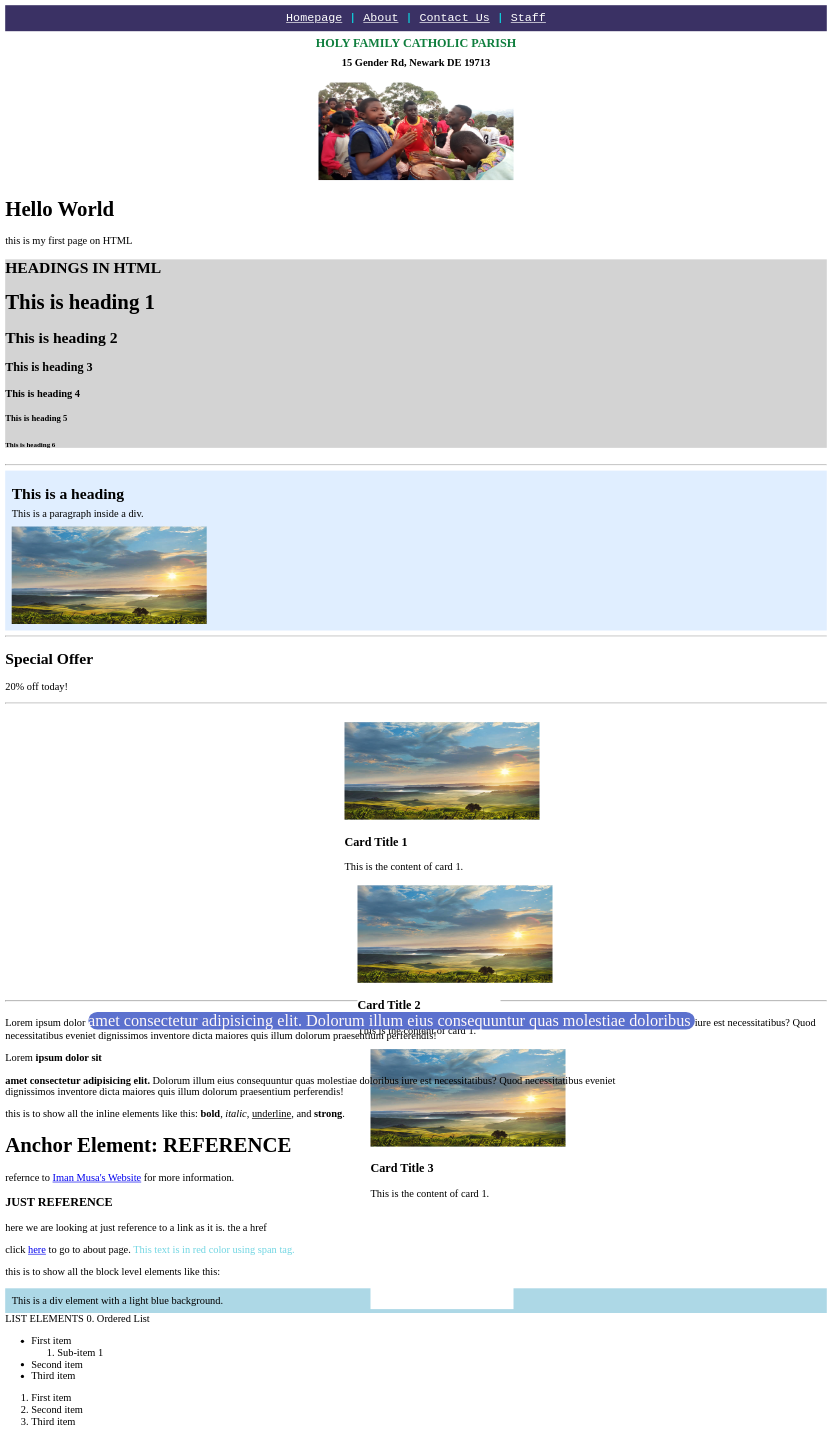
Repository: ficotims/HTML-RESTART
Page: Homepage.html
The author's editor kept a copy of each file at every save. The page is drawn from the files as they stood at one save, then again after the next save.
The browser window is 1280 px wide. The pictures show the whole page, at 65% of full size.

Above is the page before, as saved 2026-02-10 16:48:16.

### Homepage.html
<!doctype html>
<html lang="en">
  <head>
    <meta charset="UTF-8" />
    <meta name="viewport" content="width=device-width, initial-scale=1.0" />
    <title>HTML Crash course with Iman Musa</title>
    <link rel="stylesheet" href="Style 1.css"/>
  </head>
  <body>

    <!-- NAVIGATION SECTION -->
        <div style="background-color: rgb(58, 49, 100); padding: 10px; text-align: center; color: aqua; font-size: 18px; font-family: monospace, Lemon milk;">
    <a href="Homepage.html" target="_top" style="color: white;">Homepage</a> |
    <a href="about.html" style="color: white;">About</a> | <a href="Contact us.html" style="color: white;">Contact Us</a> |
    <a href="staff.html" style="color: white;">Staff</a>
     </div>

 <div style="text-align: center;">
    <h3><span style="color: rgb(14, 126, 61);"><div style="line-height: 0;">HOLY FAMILY CATHOLIC PARISH</b></span></h3>
    <H4>15 Gender Rd, Newark DE 19713</H4>
    <img
        src="images/Acension.jpg"
        alt="Catholic Church Logo"
        width="300"
        height="150"
      />
      </div>

    <h1>Hello World</h1>
    <p>this is my first page on HTML</p>
    <!-- this is a comment and will not appear on the screen/ page -->
    <!-- let us introduce the headings -->
    <div style="background-color: lightgray; padding: px; text-align: left">
      <h2>HEADINGS IN HTML</h2>
    <h1>This is heading 1</h1>
    <h2>This is heading 2</h2>
    <h3>This is heading 3</h3>
    <h4>This is heading 4</h4>
    <h5>This is heading 5</h5>
    <h6>This is heading 6</h6>
    </div>

    <!-- here we are starting off LEARNING HOW TO USE THE <div> TAG -->
 <hr>
      <div style="background-color: rgb(224, 238, 255); padding: 10px; text-align: left; line-height: 0.5;">
  <h2>This is a heading</h2>
  <p>This is a paragraph inside a div.</p>
  <img src="images/landscape.jpg" alt="Landscape" width="300"
        height="150" />
</div>
<hr>
<div class="highlight-box">
  <h2>Special Offer</h2>
  <p>20% off today!</p>
</div>
<hr>

  <!-- SECTION AND CARDS -->
<section class="container">
  <div class="card">
    <div class="card-image">
      <img src="images/landscape.jpg" alt="Card Image" width="300" height="150" />
    <h3>Card Title 1</h3>
    <p>This is the content of card 1.</p>
  </div>
  <div class="card">
    <div class="card-image">
      <img src="images/landscape.jpg" alt="Card Image" width="300" height="150" />
    <h3>Card Title 2</h3>
    <p>This is the content of card 1.</p>
  </div>
  <div class="card">
    <div class="card-image">
      <img src="images/landscape.jpg" alt="Card Image" width="300" height="150" />
    <h3>Card Title 3</h3>
    <p>This is the content of card 1.</p>
  </div>


</section>

  <hr>
    <!-- thi is for paragraphs now -->
    <p>
      Lorem ipsum dolor <span class="body1">amet consectetur adipisicing elit. Dolorum illum
      eius consequuntur quas molestiae doloribus </span> iure est necessitatibus? Quod
      necessitatibus eveniet dignissimos inventore dicta maiores quis illum
      dolorum praesentium perferendis!
    </p>

    <p>
      Lorem <b>ipsum dolor sit <div>amet consectetur adipisicing elit.</b> Dolorum
      illum eius consequuntur quas molestiae doloribus iure est necessitatibus?
      Quod necessitatibus eveniet </div>dignissimos inventore dicta maiores quis illum
      dolorum praesentium perferendis!
    </p>


    <!-- this is for inline leve elements -->

    <p>
      this is to show all the inline elements like this: <b>bold</b>,
      <i>italic</i>, <u>underline</u>, and <strong>strong</strong>.
      <br />

      <!-- using the other inline elements: Anchor Elements (which are just links) -->
    </p>
    <h1>Anchor Element: REFERENCE</h1>
    refernce to
    <a href="https://www.google.com" target="_blank">Iman Musa's Website</a> for
    more information.
    <h3>JUST REFERENCE</h3>
    <p>here we are looking at just reference to a link as it is. the a href</p>
    click <a href="about.html" target="_blank">here</a> to go to about page.

    <!-- SPAN ELEMENT -->
    <span style="color: rgba(31, 190, 211, 0.63)">This text is in red color using span tag.</span>
    <p>
      <!-- now let us introduce the block level elements -->
      this is to show all the block level elements like this:
    </p>

    <div style="background-color: lightblue; padding: 10px">
      This is a div element with a light blue background.
    </div>

    <!-- this is LIST -->
<hi2>LIST ELEMENTS</h2>

    0. Ordered List

    <ul>
      <li>First item</li>
      <ol><li>Sub-item 1</li></ol>
      <li>Second item</li>
      <li>Third item</li>
    </ul>

    <ol>
      <li>First item</li>
      <li>Second item</li>
      <li>Third item</li>
    </ol>
  </body>
</html>

### Style 1.css
.body1 {
    color: rgb(255, 249, 249);
    background-color: rgb(92, 113, 206);
    border-radius: 50px;
    font-size: 25px;
}

.flyout {
    border: none;
    background-color: lightgreen;
    color: rgb(0, 0, 0);
    padding: 20px;
    margin: 15px;
    height: 250px;
    width: 200px;
}

{
    box-sizing: border-box;
    padding: 0;
    margin: 0;
}

.container{
    display: flex;
    justify-content: center;

}

.card {
    background-color: white;
    width: 220px;
    height: 400px;
    margin: 20px;
}

After the next save:
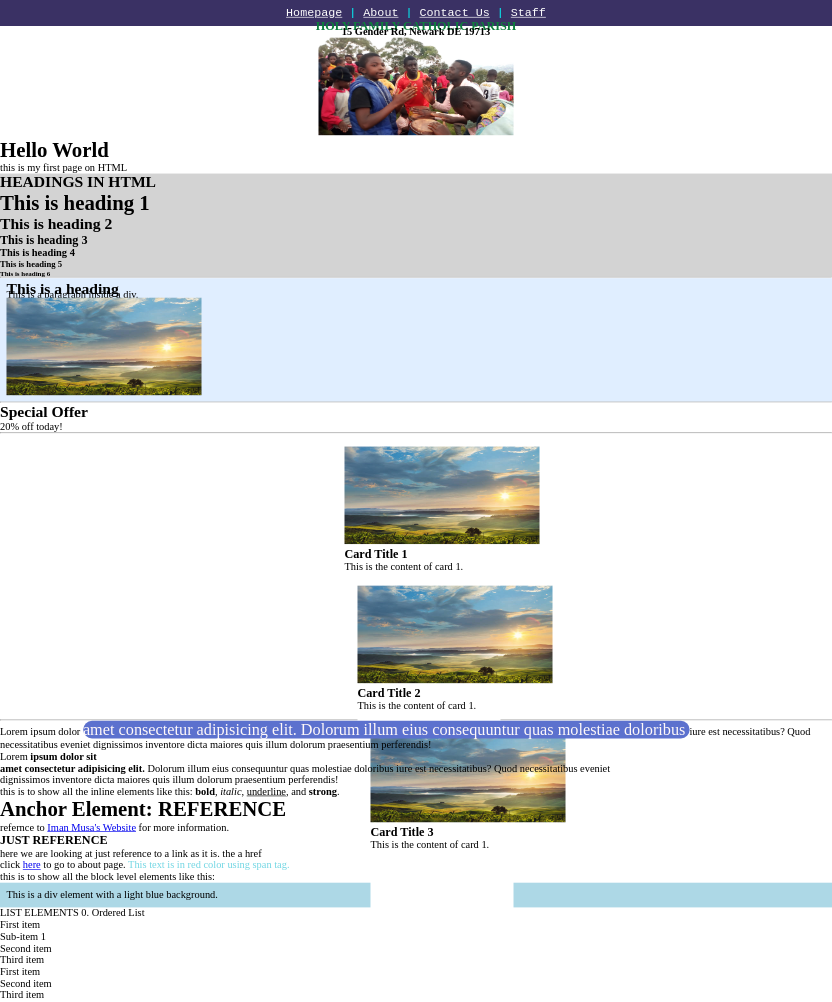
Saved 19 s later.
--- a/Style 1.css
+++ b/Style 1.css
@@ -15,7 +15,7 @@
     width: 200px;
 }
 
-{
+* {
     box-sizing: border-box;
     padding: 0;
     margin: 0;

After the save that followed:
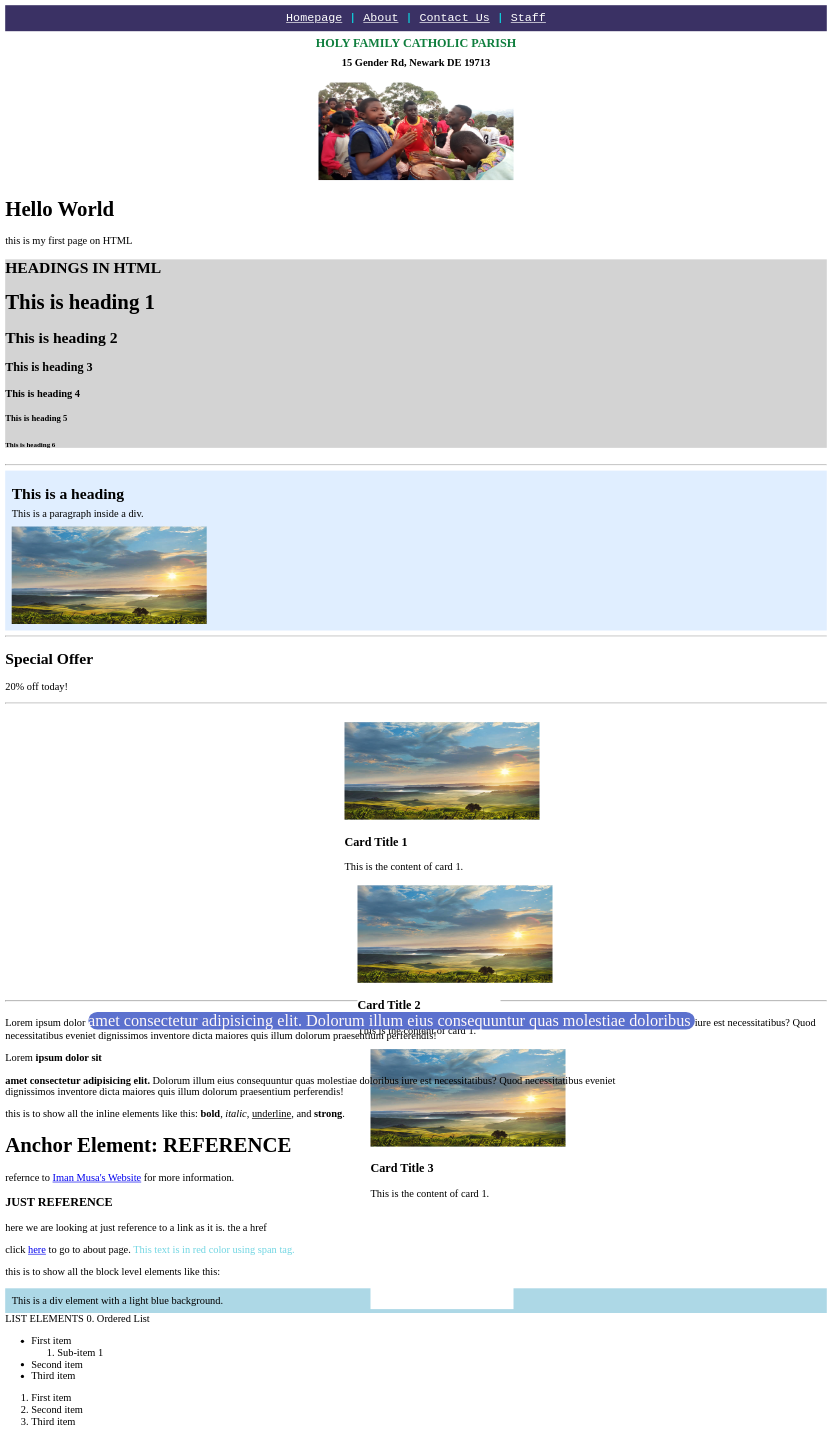
Saved 13 s later.
--- a/Style 1.css
+++ b/Style 1.css
@@ -15,7 +15,7 @@
     width: 200px;
 }
 
-* {
+.*{
     box-sizing: border-box;
     padding: 0;
     margin: 0;
